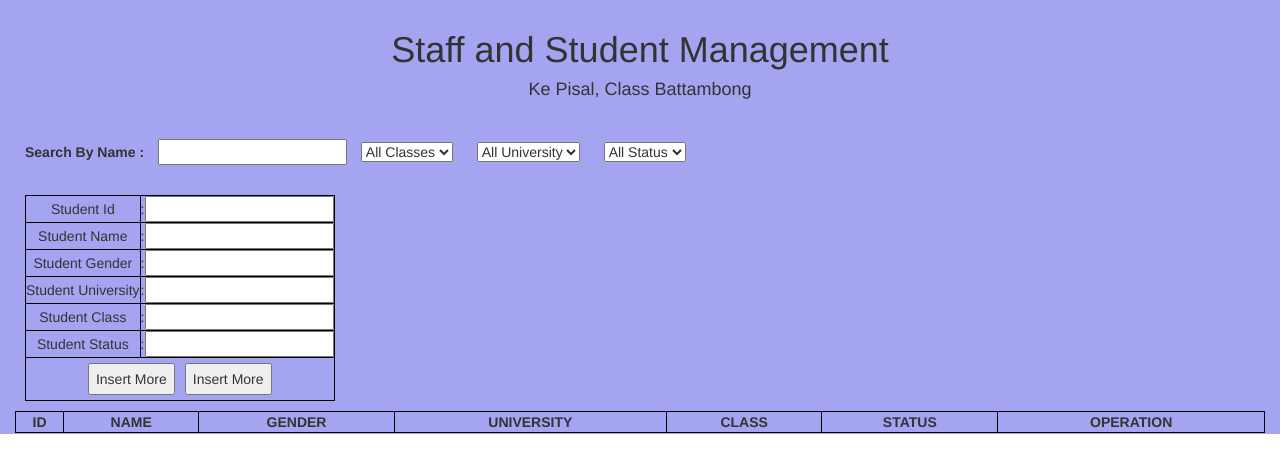
Repository: kepisal/ServletJAVA
Page: http://localhost/AjaxStaffandStudent/
An editor plug-in stored every save of this project. The page is shown before and after the next save, followed by the edit.
The browser window is 1280 px wide. The pictures show the whole page.
The page is served by Tomcat 9. Other server files are loaded and not shown. Queries for data that is not in the repository find no rows.

Above is the page before, as saved 2015-07-10 16:30:27.

### AjaxStaffandStudent/WebContent/index.jsp
<%@ page language="java" contentType="text/html; charset=ISO-8859-1"
	pageEncoding="ISO-8859-1"%>
<!DOCTYPE html>
<html>
<head>
<meta http-equiv="Content-Type" content="text/html; charset=ISO-8859-1">
<title>Staff and Student Management</title>
<link rel="stylesheet" type="text/css"
	href="bootstrap/css/bootstrap.css">
<!-- <link rel="stylesheet" type="text/css" href="css/style.css"> -->

<!-- <script
	src="http://ajax.googleapis.com/ajax/libs/jquery/1.11.3/jquery.min.js"></script> -->
<script type="text/javascript" src="js/jquery-min.js"></script>
<script type="text/javascript" src="bootstrap/js/bootstrap.js"></script>
<script type="text/javascript" src="bootstrap/js/bootstrap.min.js"></script>
<style type="text/css">
.maincontent {
	background-color: #A4A4F0;
}

#title {
	padding: 10px;
	width: 100%;
}

option {
	height: 23px;
}

table,th,td{
	border: 1px solid black;
	border-collapse: collapse;

}
#title, th,td {
	text-align: center;
}

img {
	width: 20px;
}

#classlist, #universitylist, #txtinput, #statuslist {
	display: inline-block;
	margin: 10px;
}

button {
	margin: 5px;
	height: 32px
}
</style>
</head>
<body>
	<div class="maincontent col-sm-12">
		<div id="sheader">
			<div id="title">
				<h1>Staff and Student Management</h1>
				<h4>Ke Pisal, Class Battambong</h4>
			</div>
			<div id="classlist">
				<label>Search By Name : </label> <input type=text id=txtinput /> <select
					id=classselected onclick="searchClass()">

				</select>
			</div>
			<div id="universitylist">
				<select id=unvselected onclick="searchUniversity()">

				</select>
			</div>
			<div id="statuslist">
				<select id=statusselected onclick="searchStatus()">
					<option value=''>All Status</option>
					<option value=1>Active</option>
					<option value=0>Deactive</option>
				</select>
			</div>
		</div>
		<div id="sform">
			<table class="stuform" style="margin:10px;border:0px;">
				<tr><td>Student Id</td><td>:<input/></td></tr>
				<tr><td>Student Name</td><td>:<input/></td></tr>
				<tr><td>Student Gender</td><td>:<input/></td></tr>
				<tr><td>Student University</td><td>:<input/></td></tr>
				<tr><td>Student Class</td><td>:<input/></td></tr>
				<tr><td>Student Status</td><td>:<input/></td></tr>
				<tr><td colspan="2"><button id="btnadd btn btn-success" onclick="add()">Insert
				More</button><button id="btnclear btn btn-success" onclick="add()">Insert
				More</button></td></tr>
			</table>
		</div>
		<div id="sbody">
			<table class="mytb col-sm-12">
				<thead>
					<tr>
						<th>ID</th>
						<th>NAME</th>
						<th>GENDER</th>
						<th>UNIVERSITY</th>
						<th>CLASS</th>
						<th>STATUS</th>
						<th>OPERATION</th>
					</tr>
				</thead>
				<tbody id="tblist">
				</tbody>
			</table>
			<div id="sdetails">
				<!-- <i><h2>-------------Information Detail------------</h2></i> <label>ID
				:</label>
			<h3 id="stuid"></h3>
			<label>NAME :</label>
			<h3 id="stuname"></h3>
			<label>GENDER :</label>
			<h3 id="stugender"></h3>
			<label>UINVERSITY :</label>
			<h3 id="stuuniversity"></h3>
			<label>CLASS :</label>
			<h3 id="stuclass"></h3>
			<label>STATUS :</label>
			<h3 id="stustatus">ss</h3>
			<i><h2>-------------Information Detail------------</h2></i> -->
			</div>
		</div>
		<div class="col-sm-3"></div>
	</div>
	<script type="text/javascript" src="js/script.js"></script>
</body>
</html>

### AjaxStaffandStudent/WebContent/js/script.js
$(document).ready(function() {
	lists(); // list all objects in table
	droplist(); // list all objects in dropdownlist(class, university)
	$("#txtinput").keyup(function() {
		searchName($("#txtinput").val()); // action keyup on textbox
	});
});
/*
 * @param : data is JSon generate <option> value </option> for dropdownlist
 * class
 */
function classlist(data) {
	var str = "";
	str += "<option value=''>All Classes</option>;";
	for (var i = 0; i < data.length; i++) {
		str += "<option value=" + data[i].classes + ">" + data[i].classes;
	}
	str += "</option>";
	return str;
}
/*
 * @param : data is JSon generate <option> value </option> for dropdownlist
 * university
 */
function unvlist(data) {
	var str = "";
	str += "<option value=''>All University</option>;";
	for (var i = 0; i < data.length; i++) {
		str += "<option value=" + data[i].unversity + ">" + data[i].unversity;
	}
	str += "</optiont>";
	return str;
}

/*
 * get data from url and put into function with param
 */
function droplist() {
	$.post("classlist.hrd", function(data) {
		$("#classselected").html(classlist(data));
	});
	$.post("universitylist.hrd", function(data) {
		$("#unvselected").html(unvlist(data));
	});
}
/*
 * generate rows inside table list
 */
function lists() {
	$.post("listobject.hrd", function(data) {
		$("#tblist").html(listobjectdetails(data));
	});

}
/*
 * create tag <tr><td> value </td></tr> follow data
 */
function listobjectdetails(data) {
	var str = "";
	for (var i = 0; i < data.length; i++) {

		str += "<tr>" + "<td id=studid" + i + ">" + data[i].stuid + "</td>"
				+ "<td>" + data[i].stuname + "</td>" + "<td>"
				+ checkGender(data[i].gender) + "</td>" + "<td>"
				+ data[i].unversity + "</td>" + "<td>" + data[i].classes
				+ "</td>" + "<td>" + checkStatus(data[i].status, i) + "</td>"
				+ "<td><button class=btnEdit" + i + " onclick=editFun(" + i
				+ ")>Edit</button><button class=btnRemove" + i
				+ " onclick=removeFun(" + i
				+ ")>Remove</button><button  class=btnView" + i
				+ " onclick=viewFun(" + i + ")>View</button></td>" + "</tr>";
	}

	str += "</table>";

	return str;
}
/*
 * create form for edit and insertion
 */
function myform() {
	var str = "";
}

/*
 * change value 0,1 to male and female
 */
function checkGender(data) {
	var gender;
	if (data == 0) {
		gender = "Male";
	} else {
		gender = "Female";
	}
	return gender;
}
/*
 * change value 0,1 to image 0.png and 1.png
 */
function checkStatus(data, i) {
	var img;
	if (data == 0) {
		img = "<a href=#><img src=img/0.png id=mydata" + i
				+ " onclick=updateStatus(" + i + "," + data + ")></a>";
	} else {
		img = "<a href=#><img src=img/1.png id=mydata" + i
				+ " onclick=updateStatus(" + i + "," + data + ")></a>";
	}
	return img;
}
/*
 * @param : id, value id -> id of each students value -> value of status update
 * status
 */
function updateStatus(id, value) {
	var stuid = $("#studid" + id).text();
	var active;
	if (value == 0) {
		active = 1;
	} else {
		active = 0;
	}
	$.post("editobject.hrd", {
		stu_id : stuid,
		stu_status : active
	}, function(data) {
		lists();
	});
}
/*
 * search by name()
 */
function searchName() {
	var stuname = $('#txtinput').val();
	var stuclass = $('#classselected option:selected').val();
	var stuuniver = $('#unvselected option:selected').val();
	var stustatus = $('#statusselected option:selected').val();
	if (stuname == '') {
		lists();
	}
	$.post("searchobject.hrd", {
		stu_name : stuname,
		stu_class : stuclass,
		stu_university : stuuniver,
		stu_status : stustatus
	}, function(data) {
		$("#tblist").html(listobjectdetails(data));
	});
}
/*
 * search by class()
 */
function searchClass() {
	var stuname = $('#txtinput').val();
	var stuclass = $('#classselected option:selected').val();
	var stuuniver = $('#unvselected option:selected').val();
	var stustatus = $('#statusselected option:selected').val();
	$.post("searchobject.hrd", {
		stu_name : stuname,
		stu_class : stuclass,
		stu_university : stuuniver,
		stu_status : stustatus
	}, function(data) {
		$("#tblist").html(listobjectdetails(data));
	});
}
/*
 * search by university()
 */
function searchUniversity() {
	var stuname = $('#txtinput').val();
	var stuclass = $('#classselected option:selected').val();
	var stuuniver = $('#unvselected option:selected').val();
	var stustatus = $('#statusselected option:selected').val();
	$.post("searchobject.hrd", {
		stu_name : stuname,
		stu_class : stuclass,
		stu_university : stuuniver,
		stu_status : stustatus
	}, function(data) {
		$("#tblist").html(listobjectdetails(data));
	});
}
/*
 * search by status()
 */
function searchStatus() {
	var stuname = $('#txtinput').val();
	var stuclass = $('#classselected option:selected').val();
	var stuuniver = $('#unvselected option:selected').val();
	var stustatus = $('#statusselected option:selected').val();
	$.post("searchobject.hrd", {
		stu_name : stuname,
		stu_class : stuclass,
		stu_university : stuuniver,
		stu_status : stustatus
	}, function(data) {
		$("#tblist").html(listobjectdetails(data));
	});
}
/*
 * Add Function
 */
function add() {
	$("#sbody").load("pages/addForm.html"); // load file from article
}

function editFun(i) {
	alert("This is Edit" + $("#studid" + i).text());
}
function removeFun(i) {
	var stuid = $("#studid" + i).text();
	$.post("deleteobject.hrd", {
		stu_id : stuid
	}, function(data) {
		lists();
	});
}
function viewFun(i) {
	var stuid = $("#studid" + i).text();
	$.post("viewobject.hrd", {
		stu_id : stuid
	}, function(data) {
		$("#sbody").load("pages/viewdetails.html");
	});
}

### AjaxStaffandStudent/src/Controller/Front_Controller.java
package Controller;
import java.io.IOException;

import javax.servlet.RequestDispatcher;
import javax.servlet.ServletException;
import javax.servlet.annotation.WebServlet;
import javax.servlet.http.HttpServlet;
import javax.servlet.http.HttpServletRequest;
import javax.servlet.http.HttpServletResponse;

import Model.ObjectDAO;

@WebServlet("*.hrd")
public class Front_Controller extends HttpServlet {
	private static final long serialVersionUID = 1L;

	public Front_Controller() {
		super();
	}

	protected void doGet(HttpServletRequest request, HttpServletResponse response) throws ServletException, IOException {
		doProcess(request, response);
	}

	protected void doPost(HttpServletRequest request, HttpServletResponse response) throws ServletException, IOException {
		doProcess(request, response);
	}

	protected void doProcess(HttpServletRequest request, HttpServletResponse response) throws ServletException, IOException {
		String RequestURI = request.getRequestURI();

		System.out.println(RequestURI);
		String contextPath = request.getContextPath();
		System.out.println(contextPath);
		String command = RequestURI.substring(contextPath.length());
		ActionForward forward = null;
		Action action = null;

		System.out.println(command);

		switch(command){
			case "/listobject.hrd":
				action = new ListObject();
				try {
					forward = action.execute(request, response);
					System.out.println(forward);
				} catch (Exception e) {
					e.printStackTrace();
				}
				break;
			case "/classlist.hrd":
				action = new classList();
				try {
					forward = action.execute(request, response);
					System.out.println(forward);
				} catch (Exception e) {
					e.printStackTrace();
				}
				break;
			case "/universitylist.hrd":
				action = new universityList();
				try {
					forward = action.execute(request, response);
					System.out.println(forward);
				} catch (Exception e) {
					e.printStackTrace();
				}
				break;
			case "/editobject.hrd":
				action = new EditObject();
				try {
					forward = action.execute(request, response);
				} catch (Exception e) {
					e.printStackTrace();
				}
				break;
			case "/searchobject.hrd":
				action = new Search();
				try {
					forward = action.execute(request, response);
				} catch (Exception e) {
					e.printStackTrace();
				}
				break;
			case "/viewobject.hrd":
				action = new ViewObject();
				try {
					forward = action.execute(request, response);
				} catch (Exception e) {
					e.printStackTrace();
				}
				break;
			case "/deleteobject.hrd":
				action = new DeleteObject();
				try {
					forward = action.execute(request, response);
				} catch (Exception e) {
					e.printStackTrace();
				}
				break;
			default :
				forward = new ActionForward();
				forward.setPath("404.jsp");
				forward.setRedirect(false);
				break;


		}

		if (forward != null) {
			if (forward.isRedirect()) {
				response.sendRedirect(forward.getPath());
			} else {
				RequestDispatcher dispatcher = request
						.getRequestDispatcher(forward.getPath());
				dispatcher.forward(request, response);
			}

		}

	}
}

### AjaxStaffandStudent/src/Controller/ListObject.java
package Controller;

import java.util.ArrayList;

import javax.servlet.http.HttpServletRequest;
import javax.servlet.http.HttpServletResponse;

import com.google.gson.Gson;

import Controller.Action;
import Controller.ActionForward;
import Model.ObjectDAO;
import Model.ObjectDTO;

public class ListObject implements Action {

	@Override
	public ActionForward execute(HttpServletRequest request,
			HttpServletResponse response) throws Exception {

		ObjectDAO dao = new ObjectDAO();
		ArrayList<ObjectDTO> objectlist = dao.list();

		response.setContentType("application/json");
		response.setCharacterEncoding("UTF-8");
		String obj= new Gson().toJson(objectlist);

		response.getWriter().write(obj);


		return null;
	}

}

### AjaxStaffandStudent/src/Model/ObjectDAO.java
package Model;

import java.beans.Statement;
import java.sql.Connection;
import java.sql.DriverManager;
import java.sql.PreparedStatement;
import java.sql.ResultSet;
import java.sql.SQLException;
import java.util.ArrayList;
import java.sql.*;

import javax.naming.InitialContext;
import javax.sql.DataSource;

public class ObjectDAO {
	static Connection cn;

	/*
	 * list all of elements in database return Arraylist objects
	 */
	public ArrayList<ObjectDTO> list() throws SQLException,
			ClassNotFoundException {

		String sql = "select * from hrd_students";
		java.sql.Statement stm = cn.createStatement();
		ResultSet rs = stm.executeQuery(sql);
		ArrayList<ObjectDTO> objectdto = new ArrayList<ObjectDTO>();
		try {
			while (rs.next()) {
				objectdto.add(new ObjectDTO(rs.getString("stu_id"), rs
						.getString("stu_name"), rs.getInt("stu_gender"), rs
						.getString("stu_university"),
						rs.getString("stu_class"), rs.getInt("stu_status")));
			}

		} catch (Exception e) {
			e.printStackTrace();
		}
		return objectdto;
	}

	/*
	 * @param : id and status function update status 0 to 1 and 1 to 0 follow id
	 * return true/false for success or faild
	 */
	public boolean update(String id, int status) throws SQLException {
		try (PreparedStatement pstm = cn
				.prepareStatement("update hrd_students set stu_status=? where stu_id=?");) {

			pstm.setString(1, String.valueOf(status));
			pstm.setString(2, id);
			return pstm.execute();
		} catch (Exception e) {
			e.printStackTrace();
		}
		return false;
	}

	/*
	 * distinct the class value return Arraylist objects (0,1)
	 */
	public ArrayList<ObjectDTO> classList() throws SQLException {
		String sql = "SELECT distinct stu_class FROM hrd_students";
		java.sql.Statement stm = cn.createStatement();
		ResultSet rs = stm.executeQuery(sql);
		ArrayList<ObjectDTO> objectdto = new ArrayList<ObjectDTO>();
		try {
			while (rs.next()) {
				objectdto.add(new ObjectDTO("", "", 0, "", rs
						.getString("stu_class"), 0));
			}
		} catch (Exception e) {
			e.printStackTrace();
		}
		return objectdto;
	}

	/*
	 * distinct the university value return Arraylist objects (0,1)
	 */
	public ArrayList<ObjectDTO> universityList() throws SQLException {
		String sql = "select distinct stu_university from hrd_students";
		java.sql.Statement stm = cn.createStatement();
		ResultSet rs = stm.executeQuery(sql);
		ArrayList<ObjectDTO> objectdto = new ArrayList<ObjectDTO>();
		try {
			while (rs.next()) {
				objectdto.add(new ObjectDTO("", "", 0, rs
						.getString("stu_university"), "", 0));
			}
		} catch (Exception e) {
			e.printStackTrace();
		}
		return objectdto;
	}

	/*
	 * Search all of content by name, class, university and status return as
	 * ArrayList objects
	 */
	public ArrayList<ObjectDTO> search(String name, String classes,
			String university, String status) throws SQLException {
		PreparedStatement ps = cn
				.prepareStatement("select * from hrd_students where stu_university LIKE ? and stu_class LIKE ? and stu_status LIKE ? and stu_name like ?");
		ps.setString(1, university + "%");
		ps.setString(2, classes + "%");
		ps.setString(3, status + "%");
		ps.setString(4, "%" + name + "%");
		ResultSet rs = ps.executeQuery();
		ArrayList<ObjectDTO> alist = new ArrayList<ObjectDTO>();
		while (rs.next()) {
			alist.add(new ObjectDTO(rs.getString("stu_id"), rs
					.getString("stu_name"), rs.getInt("stu_gender"), rs
					.getString("stu_university"), rs.getString("stu_class"), rs
					.getInt("stu_status")));
		}
		return alist;
	}

	public ObjectDTO viewObject(String id) throws SQLException {
		String sql = "select * from hrd_students where stu_id=?";
		PreparedStatement pstm = cn.prepareStatement(sql);
		pstm.setString(1, id);
		ResultSet rs = pstm.executeQuery();
		ObjectDTO objectdto = new ObjectDTO();
		try {
			if (rs.next()) {
				objectdto = new ObjectDTO(rs.getString("stu_id"),
						rs.getString("stu_name"), rs.getInt("stu_gender"),
						rs.getString("stu_university"),
						rs.getString("stu_class"), rs.getInt("stu_status"));
			}

		} catch (Exception e) {
			e.printStackTrace();
		}
		return objectdto;
	}

	public boolean DeleteObject(String id) throws SQLException {
		String sql = "delete from hrd_students where stu_id=?";
		PreparedStatement pstm = cn.prepareStatement(sql);
		pstm.setString(1, id);
		return pstm.execute();
	}

	/********************** Here is Connection Database *********************************/
	static {
		try {
			Class.forName("com.mysql.jdbc.Driver");
			cn = DriverManager.getConnection(
					"jdbc:mysql://localhost:3306/ssdbmanage", "admin", "admin");
		} catch (Exception e) {
			// TODO Auto-generated catch block
			e.printStackTrace();
		}
	}
	/**********************
	 * Here is Connection Database
	 *
	 * @throws SQLException
	 *********************************/

}

### AjaxStaffandStudent/src/Controller/classList.java
package Controller;

import java.util.ArrayList;

import javax.servlet.http.HttpServletRequest;
import javax.servlet.http.HttpServletResponse;

import Model.ObjectDAO;
import Model.ObjectDTO;

import com.google.gson.Gson;

public class classList implements Action {

	public ActionForward execute(HttpServletRequest request,
			HttpServletResponse response) throws Exception {

		ObjectDAO dao = new ObjectDAO();
		ArrayList<ObjectDTO> objectlist = dao.classList();

		response.setContentType("application/json");
		response.setCharacterEncoding("UTF-8");
		String obj= new Gson().toJson(objectlist);

		response.getWriter().write(obj);
		return null;
	}

}

### AjaxStaffandStudent/src/Controller/universityList.java
package Controller;

import java.util.ArrayList;

import javax.servlet.http.HttpServletRequest;
import javax.servlet.http.HttpServletResponse;

import Model.ObjectDAO;
import Model.ObjectDTO;

import com.google.gson.Gson;

public class universityList implements Action {
	public ActionForward execute(HttpServletRequest request,
			HttpServletResponse response) throws Exception {

		ObjectDAO dao = new ObjectDAO();
		ArrayList<ObjectDTO> objectlist = dao.universityList();

		response.setContentType("application/json");
		response.setCharacterEncoding("UTF-8");
		String obj= new Gson().toJson(objectlist);

		response.getWriter().write(obj);
		return null;
	}
}

Loaded but not shown: AjaxStaffandStudent/WebContent/bootstrap/css/bootstrap.css (library); AjaxStaffandStudent/WebContent/js/jquery-min.js (library); AjaxStaffandStudent/WebContent/bootstrap/js/bootstrap.js (library); AjaxStaffandStudent/WebContent/bootstrap/js/bootstrap.min.js (library)

After the next save:
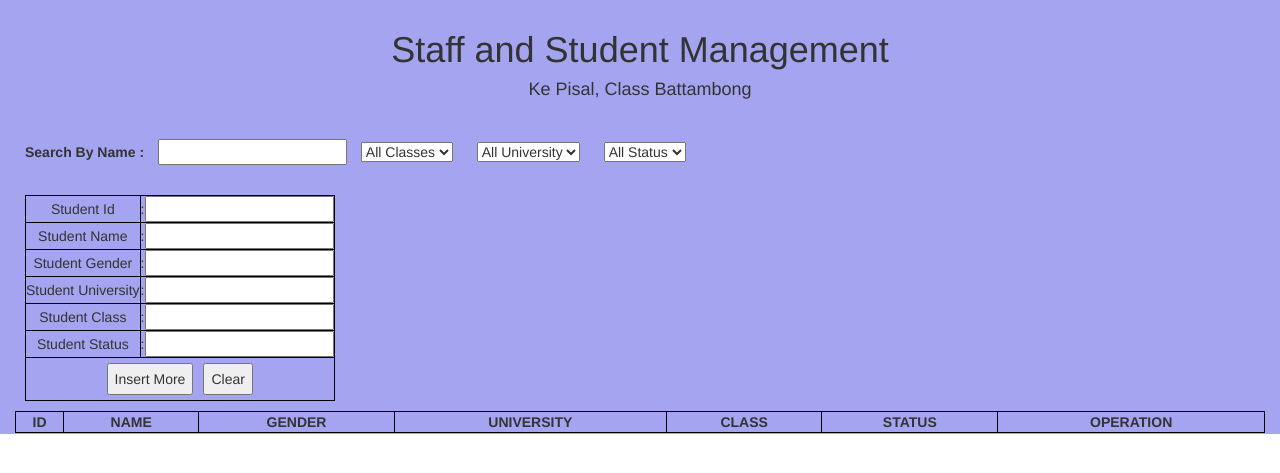
Saved 8 s later.
--- a/AjaxStaffandStudent/WebContent/index.jsp
+++ b/AjaxStaffandStudent/WebContent/index.jsp
@@ -87,8 +87,7 @@ button {
 				<tr><td>Student Class</td><td>:<input/></td></tr>
 				<tr><td>Student Status</td><td>:<input/></td></tr>
 				<tr><td colspan="2"><button id="btnadd btn btn-success" onclick="add()">Insert
-				More</button><button id="btnclear btn btn-success" onclick="add()">Insert
-				More</button></td></tr>
+				More</button><button id="btnclear btn btn-success" onclick="add()">Clear</button></td></tr>
 			</table>
 		</div>
 		<div id="sbody">
